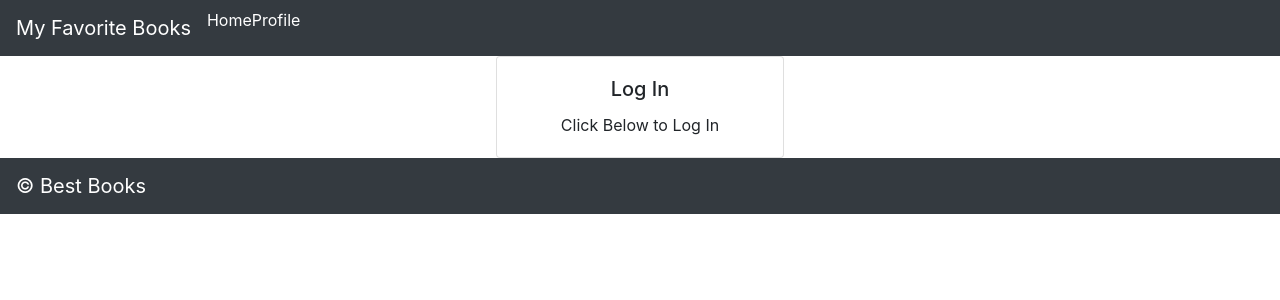
Repository: phmurphy212/can-of-books-frontend
Page: /
An editor plug-in stored every save of this project. The page is shown before and after the next save, followed by the edit.
The browser window is 1280 px wide. The pictures show the whole page.
The project was rebuilt for these pictures with package versions that can differ from the ones it lists, and the page was loaded fresh each time. Also part of the build but not shown: src/LogoutButton.js, src/IsLoadingAndError.js, src/Profile.js, src/Books.css, src/Books.js, src/BookFormModal.js, src/BestBooks.css, src/BestBooks.js.

Above is the page before, as saved 2021-08-22 16:14:07.

After the next save:
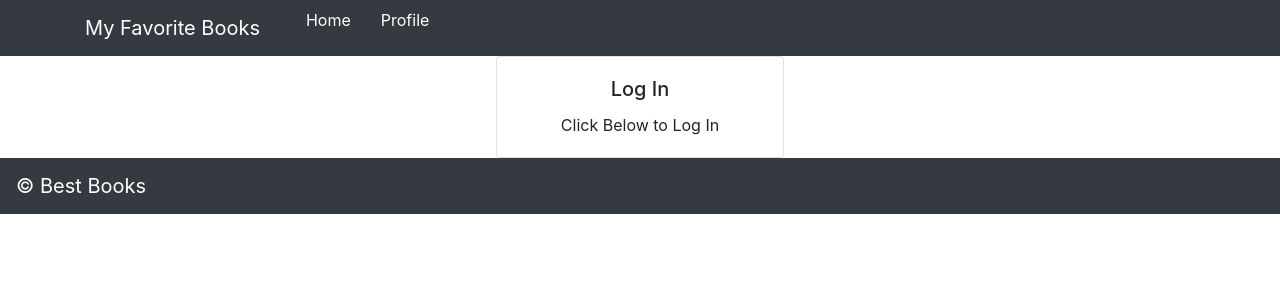
Saved 44 s later.
--- a/src/Header.js
+++ b/src/Header.js
@@ -14,15 +14,21 @@ class Header extends React.Component {
   render() {
     return (
       <Navbar collapseOnSelect expand="lg" bg="dark" variant="dark">
-        <Container fluid>
-          <Row>
+        <Container>
+          <Row width="100%">
+            <Col>
               <Navbar.Brand>My Favorite Books</Navbar.Brand>
+            </Col>
+            <Col>
               <Link to="/">Home</Link>
+            </Col>
+            <Col>
               <Link to="/profile">Profile</Link>
-              {this.props.isAuthenticated ?
-                <Col>
-                  <LogoutButton />
-                </Col> : ''}
+            </Col>
+            {this.props.isAuthenticated ?
+              <Col>
+                <LogoutButton />
+              </Col> : ''}
           </Row>
         </Container>
       </Navbar>
